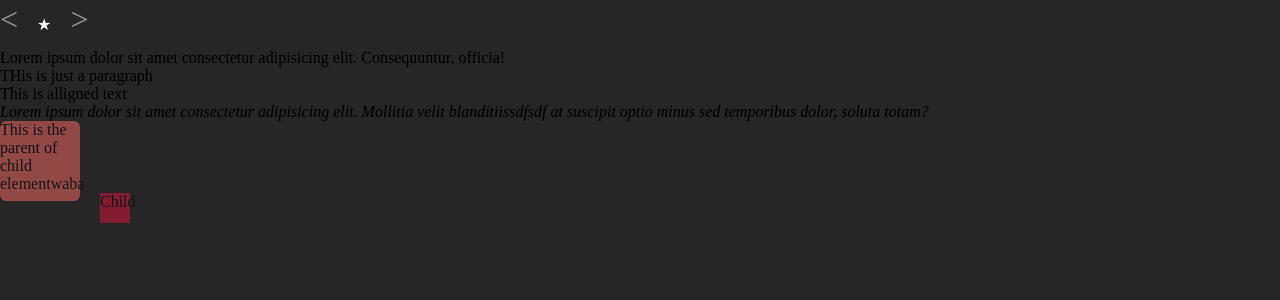
Repository: robin-webdev/frontend
Page: CSS/index.html
These files come from the project's save history. The page is drawn as it stood at one moment and after a run of saves; the edit follows.
The browser window is 1280 px wide. The pictures show the whole page.
The style sheet was rebuilt from its Sass, Less or Tailwind sources for each picture, by a compiler version that may differ from the author's.

Above is the page before, as saved 2025-12-16 06:51:06.

### CSS/index.html
<!DOCTYPE html>
<html lang="en">
  <head>
    <meta charset="UTF-8" />
    <meta name="viewport" content="width=device-width, initial-scale=1.0" />
    <title>SCSS</title>
    <link rel="stylesheet" href="style.css" />
  </head>
  <body>
    <main>
      <section class="section1">
        <span class="quote">
          <span class="icon"></span>
        </span>
      </section>
      <section class="section2">Lorem ipsum dolor sit amet consectetur adipisicing elit. Consequuntur, officia!
        <p>THis is just a paragraph</p>
      </section>
      <section class="section3">This is alligned text
        <p>Lorem ipsum dolor sit amet consectetur adipisicing elit. Mollitia velit blanditiissdfsdf at suscipit optio minus sed temporibus dolor, soluta totam?</p>
      </section>
      <section class="section4">This is the parent of child elementwaba
        <div class="child">Child</div>
      </section>
      <section class="section5"></section>
    </main>
  </body>
</html>

### CSS/style.scss
* {
  margin: 0;
  padding: 0;
  box-sizing: border-box;
}
html,
body {
  height: 100%;
  width: 100%;
  background-color: rgb(38, 38, 38);
}

.quote::before {
  content: "<"; /* Adds opening quote */
  font-size: 2em;
  color: #999;
}

.quote::after {
  content: ">"; /* Adds closing quote */
  font-size: 2em;
  color: #999;
}

.icon::before {
  content: "★"; /* Adds star icon before text */
  display: inline-block;
  padding: 15px;
  color: white;
}

.section2::selection {
  background-color: #ff6b6b; /* Color when text is highlighted */
  color: white;
}

.section2 {
  p::selection {
    background-color: yellow; /* Specific to paragraphs */
    color: black;
  }
}

.section3 {
  // text-indent: 50px;
  // letter-spacing: 5px;
  // text-align: center;

  p {
    // word-break: break-all;
    white-space: nowrap;
    overflow: hidden;
    text-overflow: ellipsis;
    font-style: italic;

  }
}

.section4{
  height: 80px;
  width: 80px;
  background-color: #ff6b6b;
  border-radius: 6px;
  opacity: 0.5;
  // filter: blur(1px);
  -webkit-backdrop-filter: blur(10px);
}


.section4{
  .child{
    height: 30px;
    width: 30px;
    background-color: crimson;
    transform: translate(100px);
    // position: relative;
  }
}

After the next 2 saves:
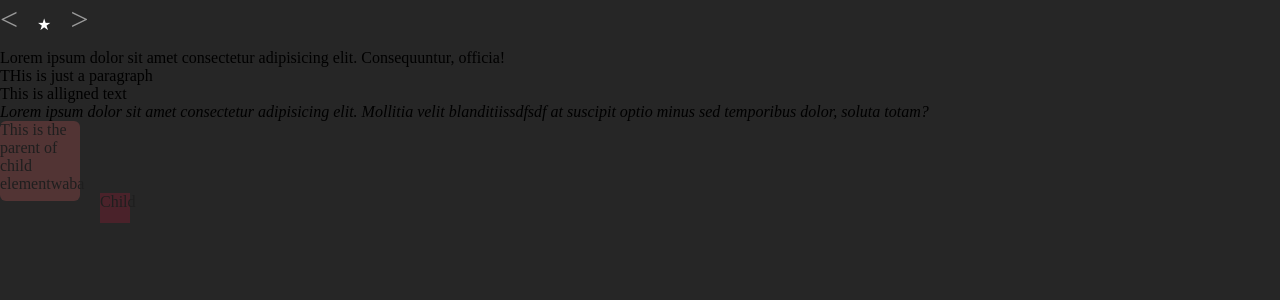
The 2 saves are shown as one change because they came seconds apart.
The last was saved 7 s later.
--- a/CSS/style.scss
+++ b/CSS/style.scss
@@ -61,7 +61,7 @@ body {
   width: 80px;
   background-color: #ff6b6b;
   border-radius: 6px;
-  opacity: 0.5;
+  opacity: 0.2;
   // filter: blur(1px);
   -webkit-backdrop-filter: blur(10px);
 }
